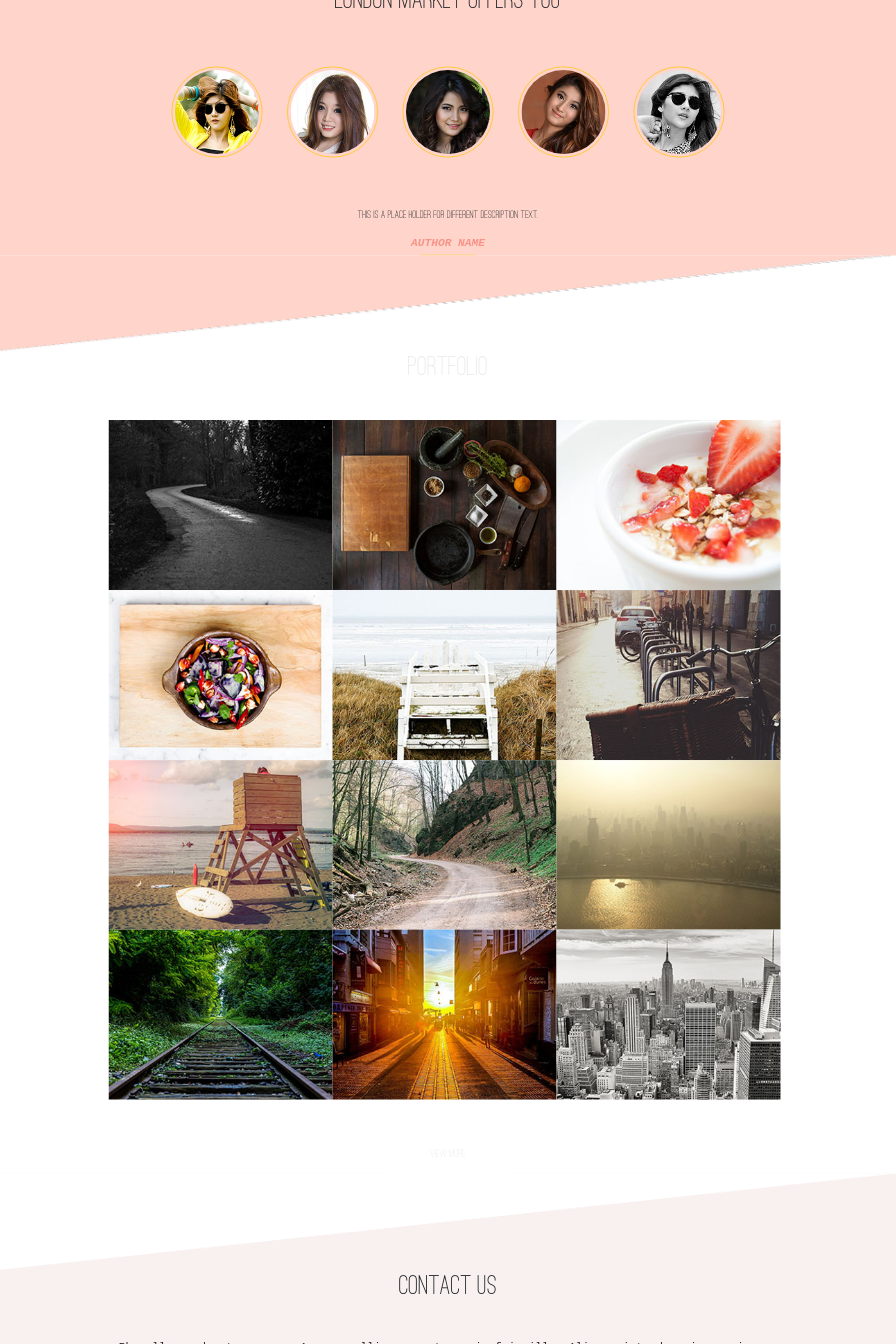
Repository: Demonster1999/newshoperrepo
Page: index.html
An editor plug-in stored every save of this project. The page is shown before and after the next save, followed by the edit.
The browser window is 1280 px wide. The pictures show the part of the page from y = 1520 to 3440 px (the page is 4088 px tall before and 3973 px after), at 70% of full size.
Some web libraries are served in a nearby version.

Above is the page before, as saved 2020-07-21 13:47:50.
Console error: TypeError: Cannot read properties of null (reading 'getContext')

### index.html
<!DOCTYPE html>
<head>
	<meta charset="UTF-8">
	<title>London Market</title>
	<meta name="keywords" content="" />
	<meta name="description" content="" />
    <meta name="viewport" content="width=device-width, initial-scale=1.0">
    <!--
    	Roller Template
		http://www.london-market.com/preview/london-market_424_roller
	-->
	<link rel="stylesheet" href="https://fonts.googleapis.com/css2?family=Great+Vibes">
	<link href="http://fonts.googleapis.com/css?family=Open+Sans:300,400,700" rel="stylesheet" type="text/css">
	<!-- <link href="css/font-awesome.min.css" rel="stylesheet">FontAwesome Icons -->
	<link rel="stylesheet" href="https://cdnjs.cloudflare.com/ajax/libs/font-awesome/5.14.0/css/all.min.css"
		integrity="sha512-1PKOgIY59xJ8Co8+NE6FZ+LOAZKjy+KY8iq0G4B3CyeY6wYHN3yt9PW0XpSriVlkMXe40PTKnXrLnZ9+fkDaog=="
		crossorigin="anonymous" />
	<link rel="stylesheet" href="https://maxcdn.bootstrapcdn.com/bootstrap/4.0.0/css/bootstrap.min.css" integrity="sha384-Gn5384xqQ1aoWXA+058RXPxPg6fy4IWvTNh0E263XmFcJlSAwiGgFAW/dAiS6JXm" crossorigin="anonymous">
	<link rel="stylesheet" href="fonts/ostrich-sans.css">
	<link href="css/LondonMarket.css" rel="stylesheet" type="text/css">
	<link rel="stylesheet" href="css/into-to-app.css">
	<link rel="stylesheet" href="css/navbar.css">
	<link rel="stylesheet" href="css/carousel.css">

</head>
<body>
	<nav class="navbar custom-nav sticky-top p-0 m-0 ">
		<a class="navbar-brand mx-auto text-white" style="font-family: Great Vibes; font-size: 40px;" href="#">London Market</a>

	  </nav>

	<nav class="navbar third-nav navbar-expand-lg navbar-light bg-light">
		<div class="container">
			<button class="navbar-toggler navbar-toggler-icon" type="button" data-toggle="collapse" data-target="#navbarSupportedChontent"
			aria-controls="navbarSupportedContent" aria-expanded="false" aria-label="Toggle navigation">
			<span class=""></span>
		</button>


		<div class="collapse navbar-collapse" id="navbarSupportedContent">
			<ul class="navbar-nav  mr-auto text-center">

				<li class="nav-item">
					<a class=" " href="#">Register</a>
				</li>
				<li class="nav-item ">
					<a class="" href="#">login</a>
				</li>


		</div>
		<div class="  mr-auto ">
			<!-- social icons  -->
			<button class="fab fa-facebook-f"></button>
			<button class="fab fa-twitter"></button>
			<button class="fab fa-linkedin-in"></button>
			<button class="fab fa-instagram"></button>
			<button class="fab fa-youtube"></button>
		</div>
		</div>

	</nav>


	<!-- nav with dots  -->
	<nav class="nav">
        <ul>
            <li class="dot1 active" id="ec1" data-toggle="tooltip" data-placement="left" title="Tooltip on left"></li>
            <li class="dot2" id="ec2" data-toggle="tooltip" data-placement="left" title="Tooltip on left"></li>
            <li class="dot3" id="ec3"  data-toggle="tooltip" data-placement="left" title="Tooltip on left"></li>
			<li class="dot4" id="ec4"  data-toggle="tooltip" data-placement="left" title="Tooltip on left"></li>
			<li class="dot5" id="ec5"  data-toggle="tooltip" data-placement="left" title="Tooltip on left"></li>
			<li class="dot5" id="ec5"  data-toggle="tooltip" data-placement="left" title="Tooltip on left"></li>
        </ul>
    </nav>

		<section class="" id="home">
			<div id="demo" class="carousel slide" data-ride="carousel">
				<ul class="carousel-indicators">
					<li data-target="#demo" data-slide-to="0" class="active"></li>
					<li data-target="#demo" data-slide-to="1"></li>
					<li data-target="#demo" data-slide-to="2"></li>
					<!-- <li data-target="#demo" data-slide-to="3"></li> -->
				</ul>
				<div class="carousel-inner">
					<div class="carousel-item active">
						<img src="images/carousel/carousel1.jpg" alt="Los Angeles"   >
						<div class="carousel-caption">
							<h3>Los Angeles</h3>
							<p>We had such a great time in LA!</p>
						</div>
					</div>
					<div class="carousel-item">
						<img src="images/carousel/carousel4.jpg" alt="Chicago"  >
						<div class="carousel-caption">
							<h3>Chicago</h3>
							<p>Thank you, Chicago!</p>
						</div>
					</div>
					<div class="carousel-item">
						<img src="images/carousel/cp11.jpg" alt="Chicago" >
						<div class="carousel-caption">
							<h3>Chicago</h3>
							<p>Thank you, Chicago!</p>
						</div>
					</div>
					<!-- <div class="carousel-item">
						<img src="images/images/lmimages/Adobe_20200716_143015.png" alt="Chicago">
						<div class="carousel-caption">
							<h3>Chicago</h3>
							<p>Thank you, Chicago!</p>
						</div>
					</div> -->
					<!-- <div class="carousel-item">
						<img src="images/carousel/carousel3.jpg" alt="New York" class=" w-100" style="height: 300px; max-height: 500px;">
						<div class="carousel-caption">
							<h3>New York</h3>
							<p>We love the Big Apple!</p>
						</div>
					</div> -->
				</div>
				<a class="carousel-control-prev" href="#demo" data-slide="prev">
					<span class="carousel-control-prev-icon"></span>
				</a>
				<a class="carousel-control-next" href="#demo" data-slide="next">
					<span class="carousel-control-next-icon"></span>
				</a>
			</div>
		</section>

<section class=" intro-to-app container-fluid">
	<img src="images/tm-border-black-top.png" class="w-100 img-top" alt="">
	<div class="container-fluid text-center ">

		<img src="images/images/lmimages/lm.png" class="p-0 m-0" width=200px height="200px" alt="" >
		<h1 class="mx-auto  "> Get Shop-a-holic</h1>

		<hr>


		<div class="container ">
			<p class="lead text-justify">After a period of more than 10 successful years in exhibition management with a strong focus on the fashion and
			lifestyle industry, One Management International proudly brings to you yet another feather in its cap, ‘The London
			Market App’.
			The app is based on the simple concept of ‘Affordable Luxury’, where we strive to present creative and beautiful
			products from sellers across the world, through an intelligent and user-friendly app. We believe in the power of
			expressing oneself, as we aspire to showcase products and brands that stand apart. With our wide array of products
			ranging from clothing and accessories to home décor and furniture, we have something unique for everyone.
</p>
               <div class="row">
<div class="col-md-6 p-2 text-center">
	<a href="https://play.google.com/store/apps/details?id=com.prpwebs.londonmarket" class="h1"> <img src="images/logos/play store.png" class=" " width="160px" height="160px" alt="play">
		<center> Android</center>
	</a>
</div>
<div class="col-md-6 text-center">
	<a href="" class="h1"> <img src="images/logos/hiclipart.com.png" class=" " width="160px" height="160px" alt="app">
		<center>ios</center>
	</a>

</div>
			   </div>

		</div>
	</div>
	<img src="images/tm-border-black-bottom.png" class="w-100 imgbottom" alt="">
</section>

<section class="tm-dark-bg tm-section" id="portfolio">
			<div class="container">

<h1 class="text-uppercase text-center">London Market offers You </h1>
<div class="text-center margin-top-50 tm-testimonial-images-container">
	<div class="img-container col-md-2">
		<div class="tm-img-circle-border absolute-center">
			<img src="images/testimonials/1.jpg" alt="Testimonial 1" class="img-circle tm-img-testimonial">
		</div>
	</div>
	<div class="img-container col-md-2">
		<div class="tm-img-circle-border absolute-center">
			<img src="images/testimonials/2.jpg" alt="Testimonial 2" class="img-circle tm-img-testimonial">
		</div>
	</div>
	<div class="img-container col-md-2">
		<div class="tm-img-circle-border absolute-center ">
			<img src="images/testimonials/3.jpg" alt="Testimonial 3" class="img-circle tm-img-testimonial">
		</div>

	</div>
	<div class="img-container col-md-2">
		<div class="tm-img-circle-border absolute-center">
			<img src="images/testimonials/4.jpg" alt="Testimonial 4" class="img-circle tm-img-testimonial">
		</div>
	</div>
	<div class="img-container col-md-2">
		<div class="tm-img-circle-border absolute-center"
			data-comment="Integer aliquam nibh nulla, id elementum purus tempus quis. Etiam eu massa condimentum, consectetur turpis et, semper diam. Vivamus mauris ipsum, bibendum non tempor nec, ultricies a leo. Fusce eu efficitur diam. Praesent vel mi viverra leo finibus maximus sed in ipsum."
			data-author="Malicia Viva Fusce" id="author5">
			<img src="images/testimonials/5.jpg" alt="Testimonial 5" class="img-circle tm-img-testimonial">
		</div>
	</div>
</div>
<p class="text-center margin-top-50 tm-comment"><em>This is a place holder for different description text.</em></p>
<p class="text-uppercase text-center tm-author tm-orange-text">Author Name</p>
<hr class="tm-author-name-underline">

					</div>
		</section> <!-- portfolio -->
		<section class="tm-section bg-white" id="testimonials" >
			<img src="images/tm-border-black-top.png" alt="Border" class="tm-border">
			<div class="container">
					<div class="row">
						<div class="col-lg-12 col-md-12 col-sm-12 col-xs-12 text-center">
							<h1 class="tm-light-gray-text text-center text-uppercase">Portfolio</h1>
							<div class="tm-portfolio-images-container margin-top-50">
								<div class="tm-image-container">
									<div class="tm-portfolio-image-overlay text-center">
										<div class="absolute-center">
											<a href="#" class="fa fa-search"></a>
											<h2 class="text-uppercase tm-white-text">Lorem</h2>
											<p class="text-uppercase">sagittis</p>
										</div>
									</div>
									<img src="images/portfolio/01.jpg" alt="Portfolio 1">
								</div>
								<div class="tm-image-container">
									<div class="tm-portfolio-image-overlay">
										<div class="absolute-center">
											<a href="#" class="fa fa-search"></a>
											<h2 class="text-uppercase tm-white-text">Dimperdiet</h2>
											<p class="text-uppercase">Aliquam</p>
										</div>
									</div>
									<img src="images/portfolio/02.jpg" alt="Portfolio 2">
								</div>
								<div class="tm-image-container">
									<div class="tm-portfolio-image-overlay">
										<div class="absolute-center">
											<a href="#" class="fa fa-search"></a>
											<h2 class="text-uppercase tm-white-text">Pellentesque</h2>
											<p class="text-uppercase">noemer</p>
										</div>
									</div>
									<img src="images/portfolio/03.jpg" alt="Portfolio 3">
								</div>
								<div class="tm-image-container">
									<div class="tm-portfolio-image-overlay">
										<div class="absolute-center">
											<a href="#" class="fa fa-search"></a>
											<h2 class="text-uppercase tm-white-text">Aenean</h2>
											<p class="text-uppercase">pharetra</p>
										</div>
									</div>
									<img src="images/portfolio/04.jpg" alt="Portfolio 4">
								</div>
								<div class="tm-image-container">
									<div class="tm-portfolio-image-overlay">
										<div class="absolute-center">
											<a href="#" class="fa fa-search"></a>
											<h2 class="text-uppercase tm-white-text">condimentum</h2>
											<p class="text-uppercase">libero</p>
										</div>
									</div>
									<img src="images/portfolio/05.jpg" alt="Portfolio 5">
								</div>
								<div class="tm-image-container">
									<div class="tm-portfolio-image-overlay">
										<div class="absolute-center">
											<a href="#" class="fa fa-search"></a>
											<h2 class="text-uppercase tm-white-text">nulla</h2>
											<p class="text-uppercase">consectetur</p>
										</div>
									</div>
									<img src="images/portfolio/06.jpg" alt="Portfolio 6">
								</div>
								<div class="tm-image-container tm-show-hide">
									<div class="tm-portfolio-image-overlay">
										<div class="absolute-center">
											<a href="#" class="fa fa-search"></a>
											<h2 class="text-uppercase tm-white-text">Rondimentum</h2>
											<p class="text-uppercase">Sdui</p>
										</div>
									</div>
									<img src="images/portfolio/07.jpg" alt="Portfolio 7">
								</div>
								<div class="tm-image-container tm-show-hide">
									<div class="tm-portfolio-image-overlay">
										<div class="absolute-center">
											<a href="#" class="fa fa-search"></a>
											<h2 class="text-uppercase tm-white-text">imperdiet</h2>
											<p class="text-uppercase">Raugue</p>
										</div>
									</div>
									<img src="images/portfolio/08.jpg" alt="Portfolio 8">
								</div>
								<div class="tm-image-container tm-show-hide">
									<div class="tm-portfolio-image-overlay">
										<div class="absolute-center">
											<a href="#" class="fa fa-search"></a>
											<h2 class="text-uppercase tm-white-text">blandit</h2>
											<p class="text-uppercase">Aliquam</p>
										</div>
									</div>
									<img src="images/portfolio/09.jpg" alt="Portfolio 9">
								</div>
								<div class="tm-image-container tm-show-hide">
									<div class="tm-portfolio-image-overlay">
										<div class="absolute-center">
											<a href="#" class="fa fa-search"></a>
											<h2 class="text-uppercase tm-white-text">Praesent</h2>
											<p class="text-uppercase">Aliquam</p>
										</div>
									</div>
									<img src="images/portfolio/10.jpg" alt="Portfolio 10">
								</div>
								<div class="tm-image-container tm-show-hide">
									<div class="tm-portfolio-image-overlay">
										<div class="absolute-center">
											<a href="#" class="fa fa-search"></a>
											<h2 class="text-uppercase tm-white-text">Dimperdiet</h2>
											<p class="text-uppercase">Aliquam</p>
										</div>
									</div>
									<img src="images/portfolio/11.jpg" alt="Portfolio 11">
								</div>
								<div class="tm-image-container tm-show-hide">
									<div class="tm-portfolio-image-overlay">
										<div class="absolute-center">
											<a href="#" class="fa fa-search"></a>
											<h2 class="text-uppercase tm-white-text">Dimperdiet</h2>
											<p class="text-uppercase">Aliquam</p>
										</div>
									</div>
									<img src="images/portfolio/12.jpg" alt="Portfolio 12">
								</div>
							</div>
							<a href="javascript:;" class="tm-view-more tm-light-gray-text margin-top-50 text-center text-uppercase">View
								More</a>
						</div>
					</div>
			</div>
		</section> <!-- testimonials -->
		<section class="tm-section tm-orange-bg" id="contact" >
			<img src="images/tm-border-white-top.png" alt="Border" class="tm-border">
			<div class="container">
				<h1 class="text-uppercase text-center">Contact Us</h1>
				<p class="text-center margin-top-50">Phasellus sed rutrum quam. Aenean mollis nec metus quis fringilla. Aliquam interdum risus quis sem rhoncus, vel iaculis lorem pulvinar. Maecenas in lorem non quam bibendum auctor vel lobortis sem.</p>
				<div class="row margin-top-50">
					<div class="col-lg-6 col-md-6 col-sm-6 col-xs-12">
						<div id="map-canvas"></div>
					</div>
					<div class="col-lg-6 col-md-6 col-sm-6 col-xs-12">
						<form action="#" method="post" class="tm-contact-form">
							<div class="form-group">
								<input type="text" id="contact_name" class="form-control" placeholder="NAME..." />
							</div>
							<div class="form-group">
								<input type="text" id="contact_email" class="form-control" placeholder="EMAIL..." />
							</div>
							<div class="form-group">
								<input type="text" id="contact_subject" class="form-control" placeholder="SUBJECT..." />
							</div>
							<div class="form-group">
								<textarea id="contact_message" class="form-control" rows="8" placeholder="WRITE A MESSAGE..."></textarea>
							</div>
							<button type="submit" class="btn text-uppercase tm-dark-bg tm-orange-text tm-send-btn">Send</button>
						</form>
					</div>
				</div>
			</div>
			<img src="images/tm-border-black-bottom.png" alt="Border" class="tm-border">
		</section> <!-- contact -->


	<footer class="text-right tm-dark-bg">
		<p class="text-uppercase container small">Copyright &copy; 2084 <a href="#">Company Name</a></p>
	</footer>
	<script src="js/jquery-1.11.1.min.js" ></script>
	<!-- <script src="https://code.jquery.com/jquery-3.5.1.min.js"
		integrity="sha256-9/aliU8dGd2tb6OSsuzixeV4y/faTqgFtohetphbbj0=" crossorigin="anonymous"></script> -->
		<script src="https://cdnjs.cloudflare.com/ajax/libs/font-awesome/5.14.0/js/all.min.js"
			integrity="sha512-YSdqvJoZr83hj76AIVdOcvLWYMWzy6sJyIMic2aQz5kh2bPTd9dzY3NtdeEAzPp/PhgZqr4aJObB3ym/vsItMg=="
			crossorigin="anonymous"></script>
<script src="https://cdnjs.cloudflare.com/ajax/libs/popper.js/1.12.9/umd/popper.min.js" integrity="sha384-ApNbgh9B+Y1QKtv3Rn7W3mgPxhU9K/ScQsAP7hUibX39j7fakFPskvXusvfa0b4Q" crossorigin="anonymous"></script>
<script src="https://maxcdn.bootstrapcdn.com/bootstrap/4.0.0/js/bootstrap.min.js" integrity="sha384-JZR6Spejh4U02d8jOt6vLEHfe/JQGiRRSQQxSfFWpi1MquVdAyjUar5+76PVCmYl" crossorigin="anonymous"></script>
	<script src="js/LondonMarket.js"></script>
	<script src="js/scrollnav.js"></script>
</body>
</html>

### css/into-to-app.css
.intro-to-app{

    padding: 0;
    background-color:#F9F1F0;

}
.intro-to-app img{
    display: inline;
}
.intro-to-app h1{
    font-family: ostrich sans ;
    font-weight: bold;
    display: inline;
    font-size: 50px;

}
.intro-to-app p{
    font-family: hevletica;

}
.imgbottom{
    width: 200%;
    margin: 0;

    position: relative;

}

.img-top{
    margin: 0;
    position: relative;



}

### css/navbar.css
.custom-nav {
    background-color: #e2725b;

}
.custom-nav {
    color: #fff;
    font-size: 25px;

}

/* thirdnav  */
.third-nav a{
    color: black;
    font-family: 'Lucida Sans', 'Lucida Sans Regular', 'Lucida Grande', 'Lucida Sans Unicode', Geneva, Verdana, sans-serif;
    font-weight: bold;
    color: #e2725b;
}
.third-nav ul li{
    margin-left: 10%;
    margin-right: 10%;
}
.third-nav .fa-facebook-f,.fa-twitter,.fa-linkedin-in,.fa-instagram,.fa-youtube{
 margin-left: 5px;
  margin-right: 5px;
    color:#e2725b;

}

/* thirdnav end  */

.nav {
    position: fixed;
    top: 45%;
    bottom: 30%;
    right: 0;
	width: 60px;
	z-index: 50;
}

.nav ul {
	list-style: none;
}


.nav li {
    width: 10px;
	height: 10px;
	margin: 10px;
    border-radius: 100%;
    background-color: rosybrown;
    cursor: pointer;
    transition: .5s;
}

.dot1 {
    background-color: rgb(82, 43, 43);
}

.dot2 {
    background-color: rgb(24, 73, 44);
}

.dot3 {
    background-color: rgb(73, 58, 204);
}

.dot4 {
    background-color: rgb(58, 70, 31);
}

.active {
    box-shadow: 0 0 0 3px #fffffff1, 0 0 0 6px #000;
}

### css/carousel.css
#home .carousel-inner img {
    min-width: 100%;
    min-height: 320px;
    max-height: 500px;
    max-resolution: 0;
  }


  #home .carousel-inner .carousel-caption{
    position: absolute;
    font-size: 30px;
    background-color: rgba(0,0, 0, 0.3);
    width: 100%;
    margin: 0;
    left: 0;
    right: 0;
    height: 100%;
    top: 5px;

  }

    #home .carousel-inner .carousel-caption h3{
      position: relative;
      top: 40%;
      font-family:fantasy;

      font-size: 40px;
    }
    #home .carousel-inner .carousel-caption p{
      position: relative;
      top: 42%;
      font-family: Cambria, Cochin, Georgia, Times, 'Times New Roman', serif;

    }
    .carousel-control-prev,.carousel-control-next{
      z-index: 50;
    }

Loaded but not shown: fonts/ostrich-sans.css (common file); js/jquery-1.11.1.min.js (library); js/LondonMarket.js (359 lines, source omitted); js/scrollnav.js (48 lines, source omitted); css/LondonMarket.css (433 lines, source omitted)

After the next save:
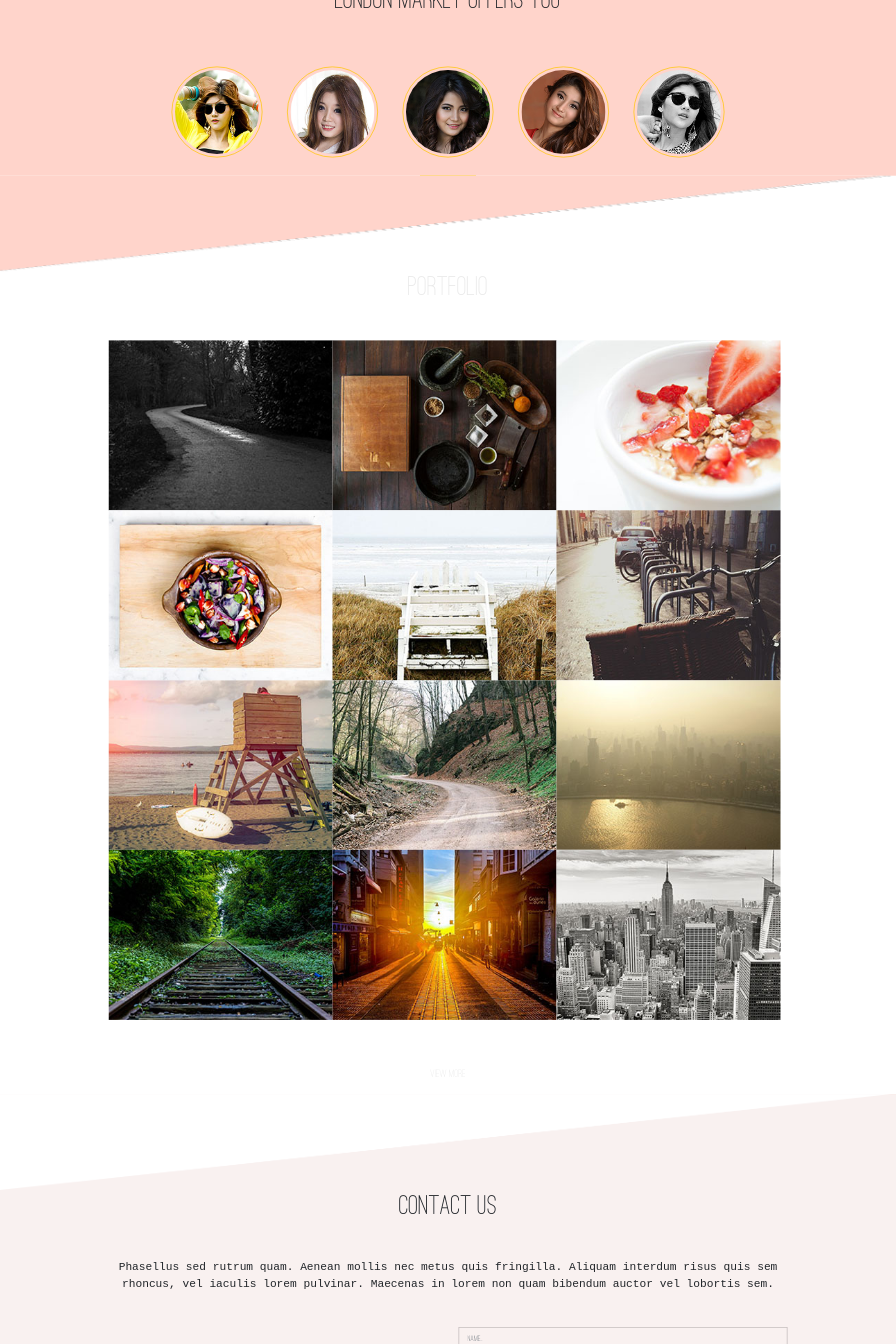
Saved 9 s later.
--- a/index.html
+++ b/index.html
@@ -200,8 +200,6 @@
 		</div>
 	</div>
 </div>
-<p class="text-center margin-top-50 tm-comment"><em>This is a place holder for different description text.</em></p>
-<p class="text-uppercase text-center tm-author tm-orange-text">Author Name</p>
 <hr class="tm-author-name-underline">
 
 					</div>
